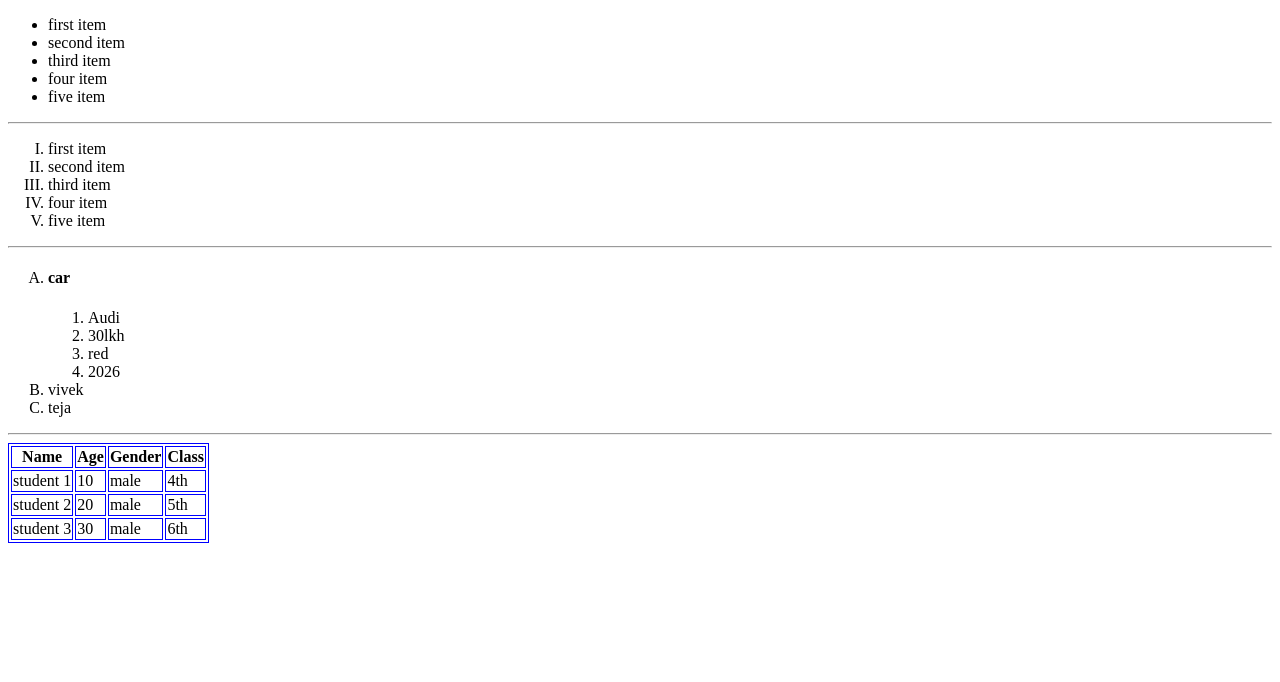
Repository: viveknaidu007/repo-166-Full-Stack-Development-Learning-Notes-Innomatics-2024
Page: module_1-html,css,bootstrap/spet_20_2024/index.html
An editor plug-in stored every save of this project. The page is shown before and after the next save, followed by the edit.
The browser window is 1280 px wide. The pictures show the whole page.

Above is the page before, as saved 2024-09-21 12:27:58.

After the next save:
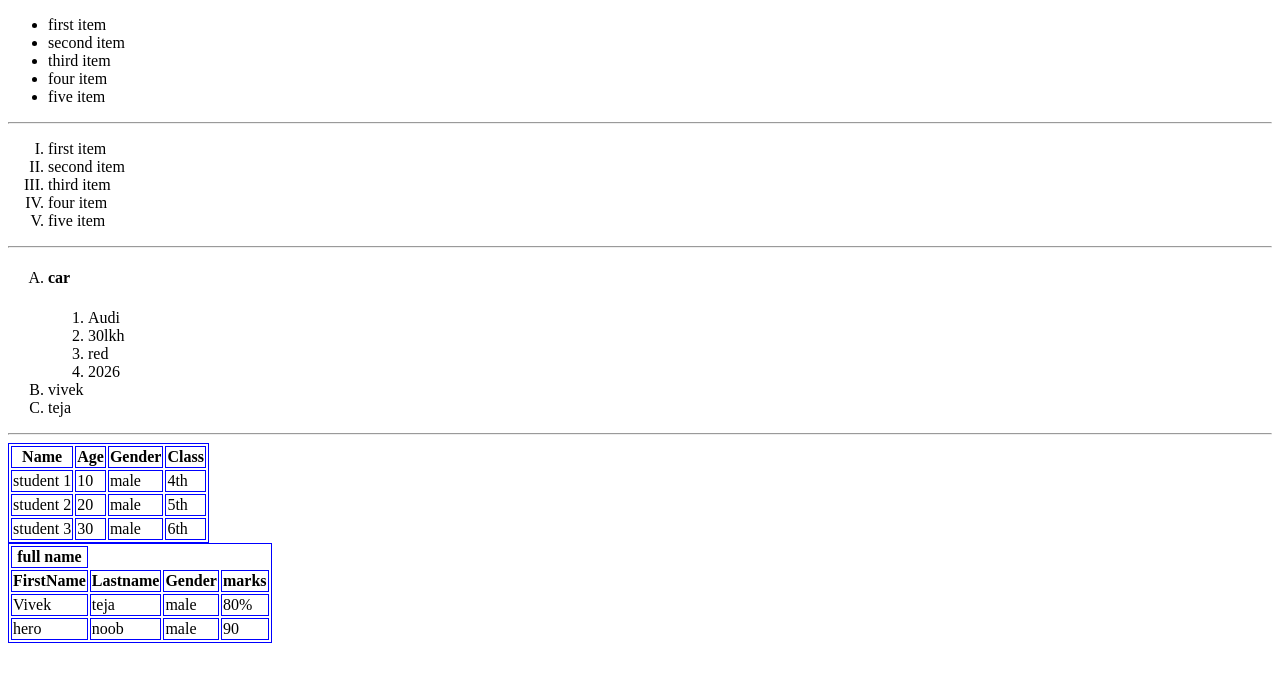
Saved 46 min 54 s later.
--- a/module_1-html,css,bootstrap/spet_20_2024/index.html
+++ b/module_1-html,css,bootstrap/spet_20_2024/index.html
@@ -79,5 +79,30 @@
 
     </table>
 
+    <table>
+        <tr>
+            <th> full name </th>
+        </tr>
+        <tr>
+            <th> FirstName </th>
+            <th> Lastname </th>
+            <th> Gender </th>
+            <th> marks </th>
+        </tr>
+        <tr>
+            <td>Vivek</td>
+            <td>teja</td>
+            <td>male</td>
+            <td>80%</td>
+        </tr>
+        <tr>
+            <td> hero </td>
+            <td> noob </td>
+            <td> male </td>
+            <td> 90 </td>
+        </tr>
+
+    </table>
+
 </body>
 </html>
